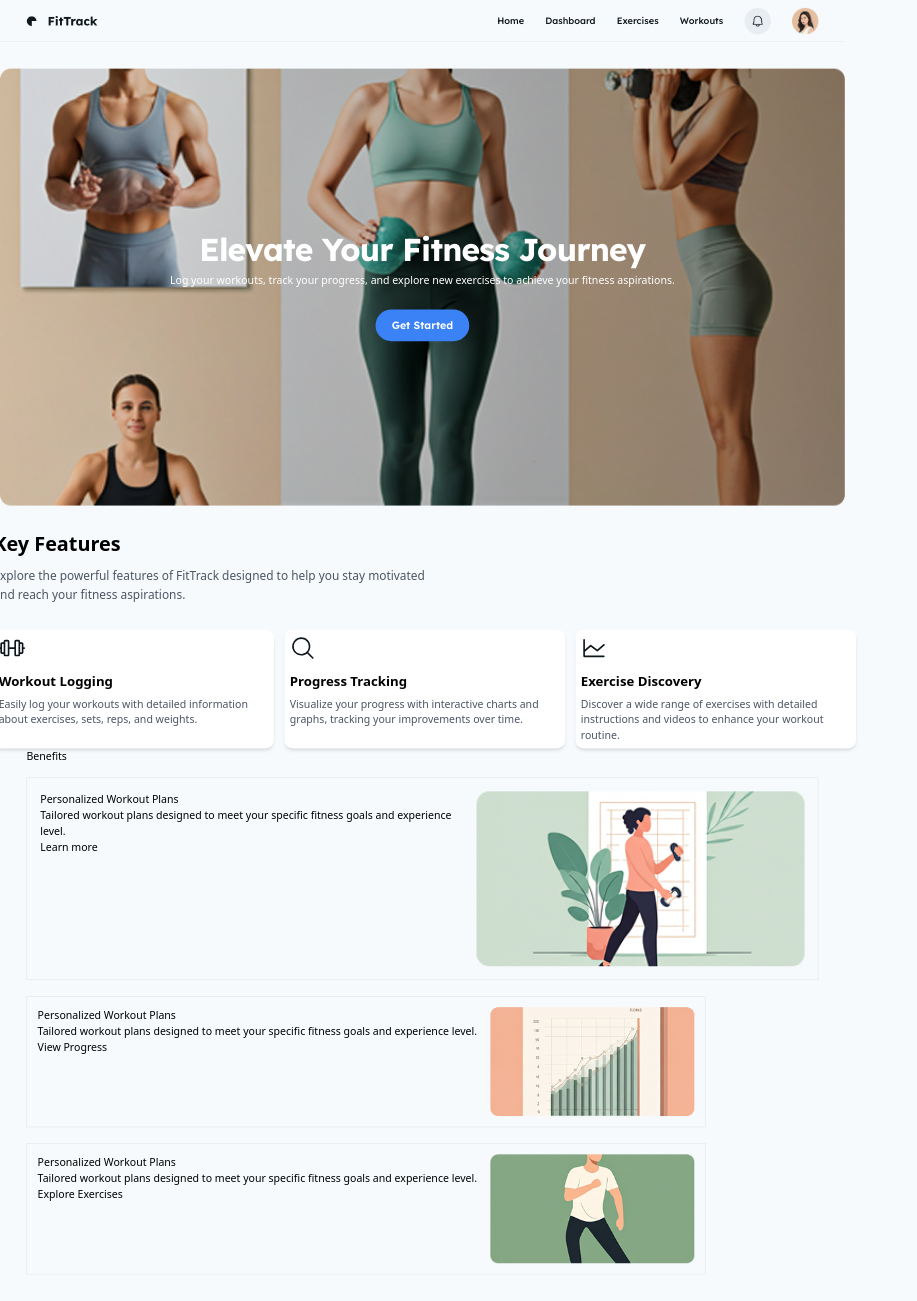
Repository: Emy-gold/fitness-tracking-platform
Page: /
These files come from the project's save history. The page is drawn as it stood at one moment and after the next save; the edit follows.
The browser window is 1280 px wide. The page is 1390 px wide, so the pictures cover 1390 px, including what lies to the right of the window. The pictures show the whole page, at 66% of full size.
The project was rebuilt for these pictures with package versions that can differ from the ones it lists, and the page was loaded fresh each time. Also part of the build but not shown: vite.config.js, src/Pages/Dashboard.jsx, src/Pages/Exercises.jsx, src/Pages/Workouts.jsx, src/components/Footer.jsx.

Above is the page before, as saved 2025-08-27 15:37:09.

### index.html
<!doctype html>
<html lang="en">

<head>
  <meta charset="UTF-8" />
  <link rel="icon" type="image/svg+xml" href="/vite.svg" />
  <meta name="viewport" content="width=device-width, initial-scale=1.0" />
  <link href="https://fonts.googleapis.com/css2?family=Lexend:wght@300;400;500;600;700&display=swap" rel="stylesheet">
  <title>Vite + React</title>
</head>

<body>
  <div id="root"></div>
  <script type="module" src="/src/main.jsx"></script>
</body>

</html>

### src/index.css
@tailwind base;
@tailwind components;
@tailwind utilities;

body{
    padding: 0;
    margin: 0;
    background-color: #F7FAFC;
}

### src/App.jsx
import './App.css';
import { BrowserRouter as Router, Routes, Route } from 'react-router-dom';
import Home from './Pages/Home';
import Dashboard from './Pages/Dashboard.jsx';
import Exercises from './Pages/Exercises.jsx';
import Workouts from './Pages/Workouts.jsx';
import Header from './components/Header.jsx';
import Footer from './components/Footer';


function App() {

  return (
    <>

      <Router>
        <Header />
        <Routes>
          <Route path="/" element={<Home />} />
          <Route path="/dashboard" element={<Dashboard />} />
          <Route path="/exercises" element={<Exercises />} />
          <Route path="/workouts" element={<Workouts />} />
        </Routes>
      </Router>
    </>
  )
}

export default App

### src/App.css
#root {
    margin: 0 auto;
    padding: 0;
    text-align: center;

}

.logo {
    height: 6em;
    padding: 1.5em;
    will-change: filter;
    transition: filter 300ms;
}
.logo:hover {
    filter: drop-shadow(0 0 2em #646cffaa);
}
.logo.react:hover {
    filter: drop-shadow(0 0 2em #61dafbaa);
}

@keyframes logo-spin {
    from {
    transform: rotate(0deg);
    }
    to {
    transform: rotate(360deg);
    }
}

@media (prefers-reduced-motion: no-preference) {
    a:nth-of-type(2) .logo {
    animation: logo-spin infinite 20s linear;
    }
}

.card {
    padding: 2em;
}

.read-the-docs {
    color: #888;
}

### src/Pages/Home.jsx
import React from 'react';
import Header from '../components/Header';
import { useState, useEffect } from 'react';
import cardsData from "../cardsData.json";
import homepic from "../assets/home.png";
import img1 from "../assets/img1.png";
import img2 from "../assets/img2.png";
import img3 from "../assets/img3.png";

function Home() {

    const [cards, setCards] = useState([]);

    useEffect(() => {
        setCards(cardsData)
    })

    return (
        <>
            <main className='flex flex-col justify-center items-center mx-auto'>

                <section className='my-10 relative flex justify-center'>
                    <img src={homepic} className="md:w-[800px] lg:w-[1300px]" />
                    <div className="absolute inset-0 flex flex-col justify-center text-center text-white">
                        <h1 className='text-5xl font-lexend font-bold mb-3 tracking-tight '>Elevate Your Fitness Journey</h1>
                        <p className=''>Log your workouts, track your progress, and explore new exercises to achieve your fitness aspirations.</p>
                        <button type="submit" className='mt-8 mx-auto bg-blue-500 py-[12px] px-6 font-lexend font-semibold rounded-3xl hover:bg-blue-600 transition duration-300'>Get Started</button>
                    </div>
                </section >

                <section className='flex flex-col items-start md-10 mb:w-[900px] lg:w-[1300px]'>
                    <div className='flex flex-col items-start text-left'>
                        <h2 className='text-3xl font-bold mb-4'>Key Features</h2>
                        <p className='text-lg text-gray-600 max-w-2xl'>Explore the powerful features of FitTrack designed to help you stay motivated and reach your fitness aspirations.</p>
                    </div>
                    <div className='flex flex-row gap-4 mt-10 text-left md:w-[900px] lg:w-[1400px]'> {/* Removed justify-center */}
                        {cards.map(card => (
                            <div key={card.id} className='md:w-[312px] lg:w-[425px] bg-white rounded-xl shadow-md p-2 hover:scale-105 duration-300'>
                                <img src={card.image} className='mb-4 h-10 w-10 object-contain' />
                                <h3 className='text-xl font-semibold mb-2'>{card.title}</h3>
                                <p className='text-gray-600'>{card.summary}</p>
                            </div>
                        ))}
                    </div>
                </section>
                <section className='flex flex-col items-start mb-10 gap-5 justify-center mx-72 max-w-full'>
                    <h2>Benefits</h2>
                    <div className='flex flex-wrap gap-6 lg:w-[1200px]'>
                        <div className='flex justify-between p-5 border lg:w-[1200px]'>
                            <div className='flex flex-col items-start text-left'>
                                <h3>Personalized Workout Plans</h3>
                                <p>Tailored workout plans designed to meet your specific fitness goals and experience level.</p>
                                <button>Learn more</button>
                            </div>
                            <img src={img1} className='lg:w-[500px]' />
                        </div>
                        <div className='flex justify-center p-4 border'>
                            <div className='flex flex-col items-start text-left mr-5'>
                                <h2>Personalized Workout Plans</h2>
                                <p>Tailored workout plans designed to meet your specific fitness goals and experience level.</p>
                                <button>View Progress</button>
                            </div>
                            <img src={img2} />
                        </div>
                        <div className='flex justify-center p-4 border'>
                            <div className='flex flex-col items-start text-left mr-5'>
                                <h2>Personalized Workout Plans</h2>
                                <p>Tailored workout plans designed to meet your specific fitness goals and experience level.</p>
                                <button>Explore Exercises</button>
                            </div>
                            <img src={img3} />
                        </div>
                    </div>
                </section>
            </main >
        </>

    )
}

export default Home

### src/components/Header.jsx
import React from 'react';
import { Link } from 'react-router-dom';
import logo from "../assets/logo.png";
import icon from "../assets/notifeicon.png";
import profilePic from "../assets/profilepic.png";

function Header() {
    return (
        <>
            <header className='bg-primary border-b border-gray-300/50 sticky w-full h-16 top-0 z-50 px-10'>
                <div className="flex relative justify-between items-center h-full">
                    <Link to="/" className='flex items-center'>
                        <img
                            src={logo}
                            alt="logo"
                            className='hover:opacity-20 transition-opacity duration-300'
                        />
                    </Link>

                    <nav className='flex gap-8 items-center ml-auto'>
                        <Link to="/" className='font-lexend font-medium text-sm text-textColor hover:scale-105 leading-[21px]'>Home</Link>
                        <Link to="/dashboard" className='font-lexend font-medium text-sm text-textColor hover:scale-105 leading-[21px]'>Dashboard</Link>
                        <Link to="/exercises" className='font-lexend font-medium text-sm text-textColor hover:scale-105 leading-[21px]'>Exercises</Link>
                        <Link to="/workouts" className='font-lexend font-medium text-sm text-textColor hover:scale-105 leading-[21px]'>Workouts</Link>
                        <img src={icon} className='hover:scale-105 duration-200' />
                        <img src={profilePic} className='h-10 w-10 hover:scale-105 duration-200' />
                    </nav>

                    <div></div>
                </div>
            </header>
        </>
    )
}

export default Header;

### src/cardsData.json
[
    {
        "id": 1,
        "title": "Workout Logging",
        "summary": "Easily log your workouts with detailed information about exercises, sets, reps, and weights.",
        "image": "src/assets/icon1.svg"
    },
    {
        "id": 2,
        "title": "Progress Tracking",
        "summary": "Visualize your progress with interactive charts and graphs, tracking your improvements over time.",
        "image": "src/assets/icon2.svg"
    },
    {
        "id": 3,
        "title": "Exercise Discovery",
        "summary": "Discover a wide range of exercises with detailed instructions and videos to enhance your workout routine.",
        "image": "src/assets/icon3.svg"
    }
]

### tailwind.config.js

/** @type {import('tailwindcss').Config} */
export default {
  content: [
    "./index.html",
    "./src/**/*.{js,ts,jsx,tsx}",
  ],
  theme: {
    extend: {
      fontFamily: {
        lexend: ['Lexend', 'sans-serif'],
      },
      colors: {
        primary: "#F7FAFC",
        textColor: "#0D171C",
      }
    },
  },
  plugins: [],
}

Loaded but not shown: src/main.jsx (common file)

After the next save:
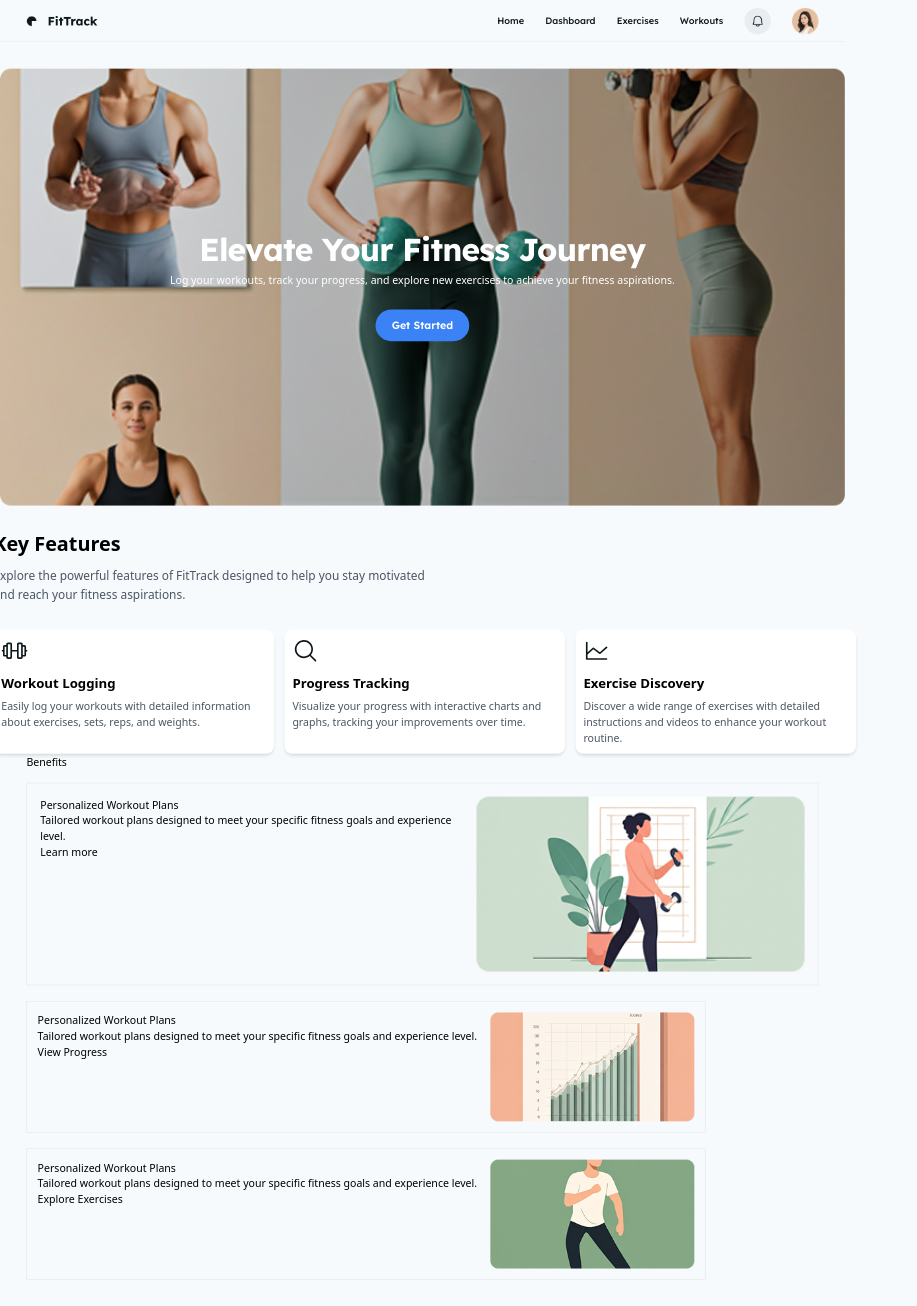
Saved 26 s later.
--- a/src/Pages/Home.jsx
+++ b/src/Pages/Home.jsx
@@ -35,7 +35,7 @@ function Home() {
                     </div>
                     <div className='flex flex-row gap-4 mt-10 text-left md:w-[900px] lg:w-[1400px]'> {/* Removed justify-center */}
                         {cards.map(card => (
-                            <div key={card.id} className='md:w-[312px] lg:w-[425px] bg-white rounded-xl shadow-md p-2 hover:scale-105 duration-300'>
+                            <div key={card.id} className='md:w-[312px] lg:w-[425px] bg-white rounded-xl shadow-md p-3 hover:scale-105 duration-300'>
                                 <img src={card.image} className='mb-4 h-10 w-10 object-contain' />
                                 <h3 className='text-xl font-semibold mb-2'>{card.title}</h3>
                                 <p className='text-gray-600'>{card.summary}</p>
